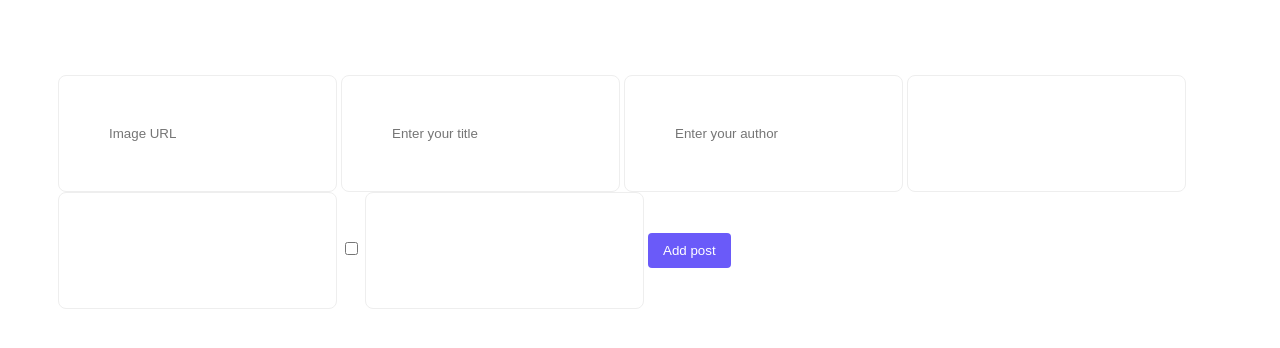
Repository: thuan711/All-about-JS
Page: api/api.html
An editor plug-in stored every save of this project. The page is shown before and after the next save, followed by the edit.
The browser window is 1280 px wide. The pictures show the whole page.

Above is the page before, as saved 2023-01-22 21:25:07.

After the next save:
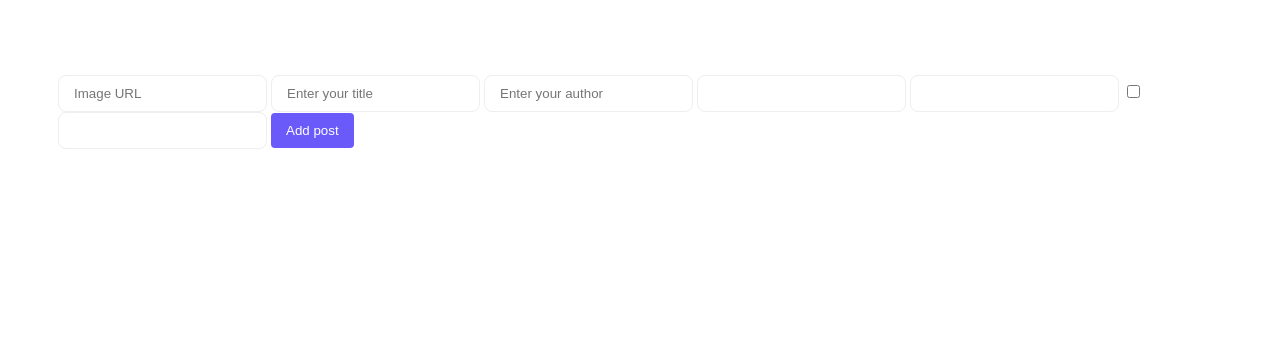
Saved 27 s later.
--- a/api/api.html
+++ b/api/api.html
@@ -123,7 +123,6 @@
             padding: 10px 15px;
             border: 1px solid #eee;
             border-radius: 8px;
-            padding: 50px;
           }
           .form-post button{
             background-color: #6a5af9;
